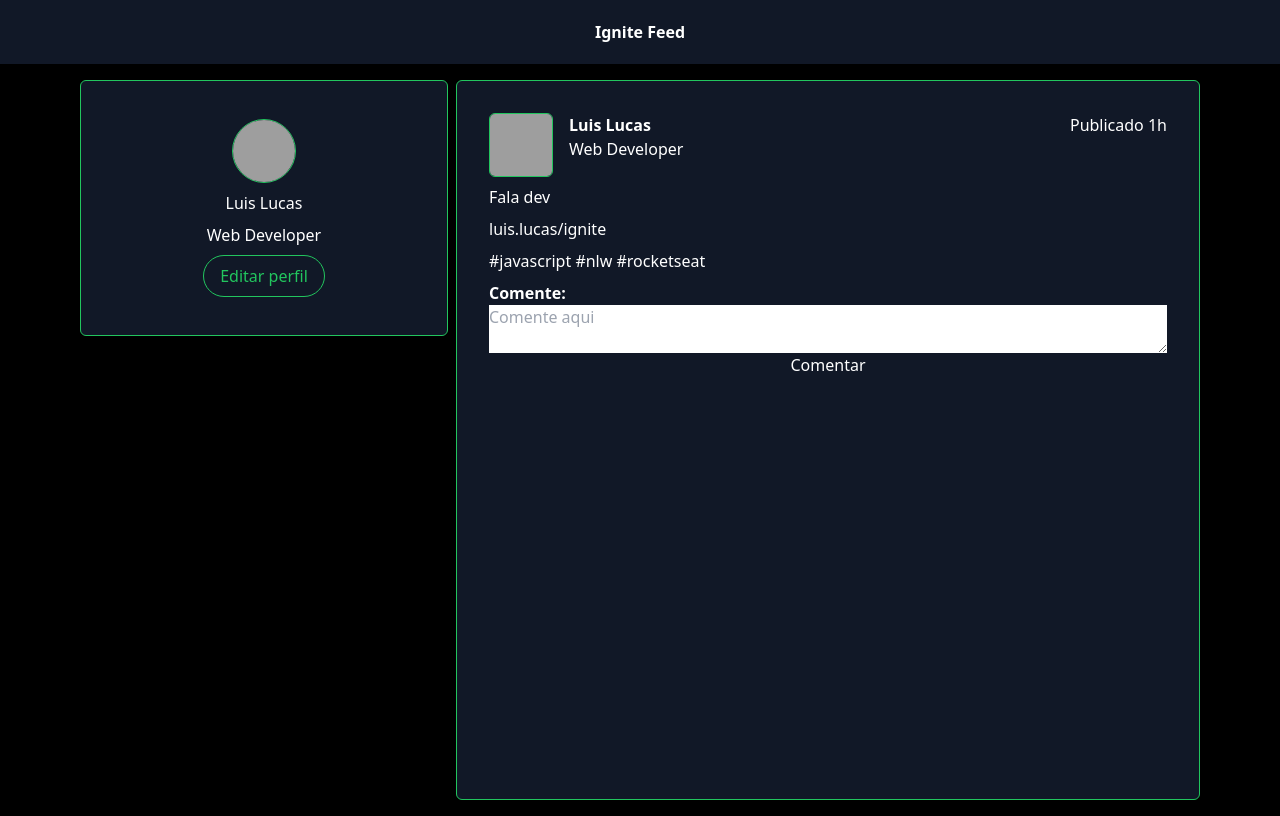
Repository: LuisSempre/ignite-feed
Page: /
These files come from the project's save history. The page is drawn as it stood at one moment and after the next save; the edit follows.
The browser window is 1280 px wide. The pictures show the whole page.
Pictures or frames that could not be fetched are drawn as grey boxes. The project was rebuilt for these pictures with package versions that can differ from the ones it lists, and the page was loaded fresh each time. Also part of the build but not shown: vite.config.js.

Above is the page before, as saved 2022-07-13 23:24:55.

### src/App.jsx
import { Header } from "./Components/Header"
import { Sidebar } from "./Components/Sidebar"
import { Post } from "./Components/Post"
function App() {
  return (
    <div>
      <Header />
      <div className="max-w-6xl mx-auto p-4 grid grid-cols-3 gap-2 items-start">
        <Sidebar />
        <div className="col-span-2">
         <Post />
        </div>
      </div>
    </div>
  );
}

export default App;

### src/index.css
@tailwind base;
@tailwind components;
@tailwind utilities;

body {
    @apply bg-black text-white;
}

### src/Components/Header.jsx
export function Header() {
  return (
    <div className="flex items-center justify-center h-16 bg-gray-900 mx-auto w-full">
      <h1 className="font-bold bg-gray-900">Ignite Feed</h1>
    </div>
  )
}

### src/Components/Sidebar.jsx
export function Sidebar() {
  return (
    <div className="rounded-md bg-gray-900 justify-center items-center flex flex-col text-center h-64 space-y-2  border border-green-500">
        <img
          className="w-16 h-16 rounded-full overflow-hidden object-cover border border-green-500"
          src="https://avatars.githubusercontent.com/u/32404639?v=4"
          alt=""
        />
        <h1>Luis Lucas</h1>
        <span>Web Developer</span>
        <a
          href=""
          className="border border-green-500 px-4 py-2 rounded-full text-green-500"
        >
          Editar perfil
        </a>
    </div>
  );
}

### src/Components/Post.jsx
export function Post() {
  return (
    <div className=" bg-gray-900 rounded-md h-screen space-y-2 p-8 border border-green-500">
      <div className="flex justify-between ">
        <div className="flex gap-4">
          <img
            className="h-16 w-16 border border-green-500 rounded-md"
            src="https://github.com/luissempre.png"
            alt=""
          />
          <div className="flex flex-col">
            <strong>Luis Lucas </strong>
            <span>Web Developer</span>
          </div>
        </div>
        <div>
          <time dataTime="2022-05-11 08:13:00">Publicado 1h</time>
        </div>
      </div>
      <div className="space-y-2">
        <p>Fala dev</p>
        <p>luis.lucas/ignite</p>
        <p>#javascript #nlw #rocketseat</p>
      </div>

      <form className="flex flex-col justify-start">
        <strong>Comente:</strong>
        <textarea
            placeholder="Comente aqui"
        />
        <button>Comentar</button>
      </form>
    </div>
  );
}

Loaded but not shown: index.html (common file); src/main.jsx (common file); tailwind.config.js (common file)

After the next save:
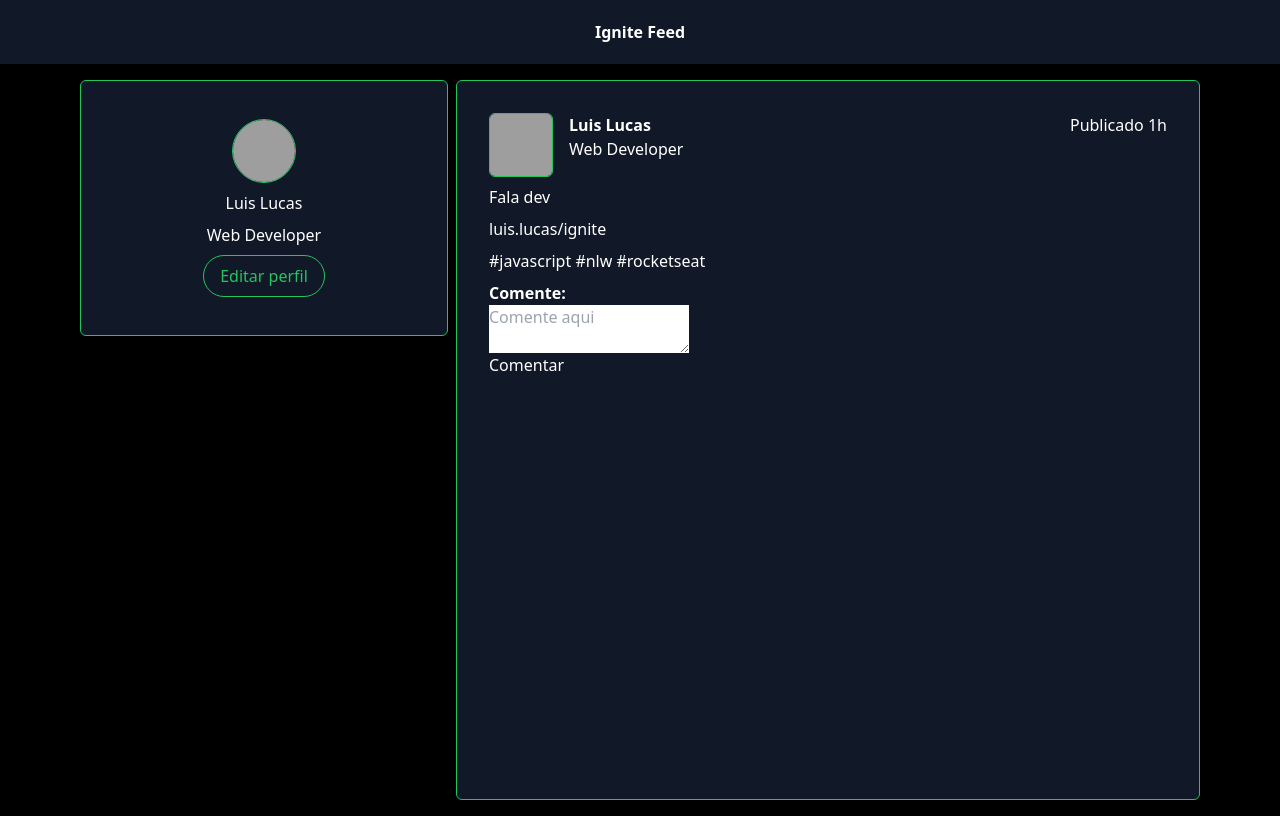
Saved 7 s later.
--- a/src/Components/Post.jsx
+++ b/src/Components/Post.jsx
@@ -23,7 +23,7 @@ export function Post() {
         <p>#javascript #nlw #rocketseat</p>
       </div>
 
-      <form className="flex flex-col justify-start">
+      <form className="flex flex-col justify-start items-start">
         <strong>Comente:</strong>
         <textarea
             placeholder="Comente aqui"

After the save that followed:
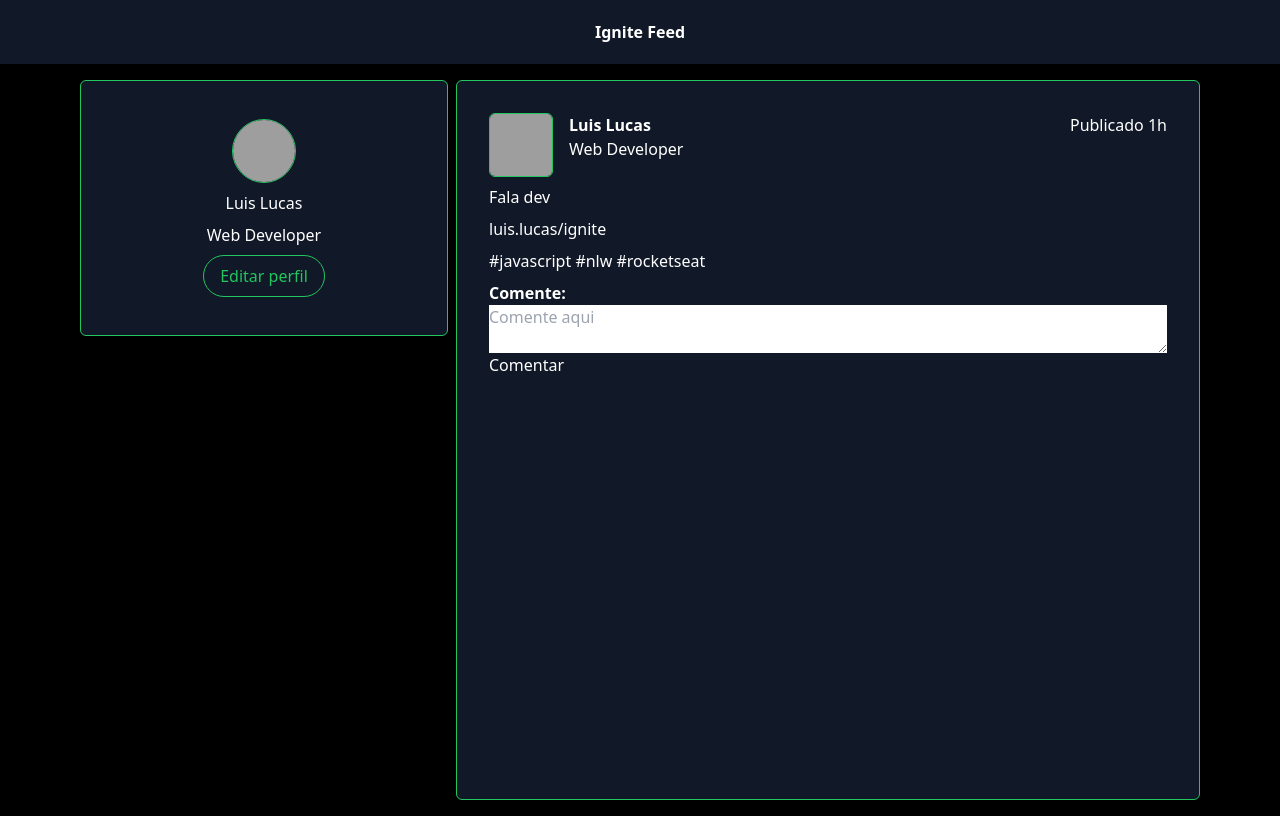
Saved 20 s later.
--- a/src/Components/Post.jsx
+++ b/src/Components/Post.jsx
@@ -26,6 +26,7 @@ export function Post() {
       <form className="flex flex-col justify-start items-start">
         <strong>Comente:</strong>
         <textarea
+        className="w-full"
             placeholder="Comente aqui"
         />
         <button>Comentar</button>
